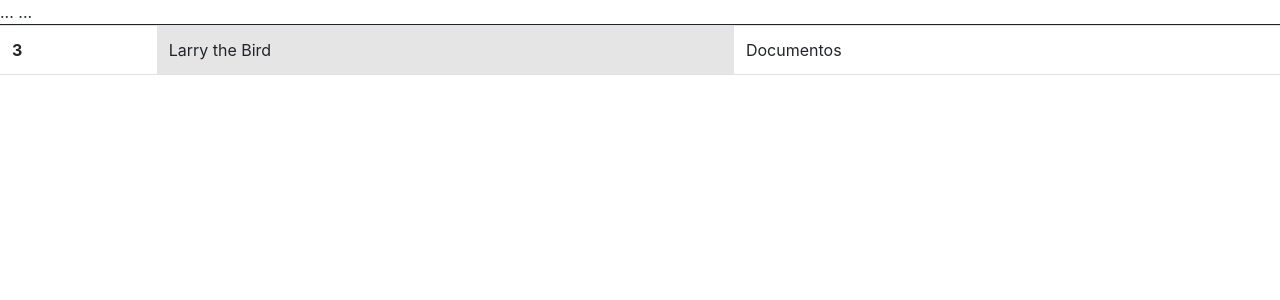
Repository: Leandromarim/INTRANET_PARTICULAR
Page: pop.html
These files come from the project's save history. The page is drawn as it stood at one moment and after the next save; the edit follows.
The browser window is 1280 px wide. The pictures show the whole page.

Above is the page before, as saved 2021-12-14 08:52:05.

### pop.html
<!DOCTYPE html>
<html lang="pt-br">

<head>
    <meta charset="UTF-8">
    <meta http-equiv="X-UA-Compatible" content="IE=edge" />
    <meta name="viewport" content="width=device-width, initial-scale=1.0" />
    <link rel="stylesheet" href="./assets/css/bootstrap-grid.css" />
    <link rel="stylesheet" href="./assets/css/bootstrap-grid.min.css" />
    <link rel="stylesheet" href="./assets/css/bootstrap.css" />
    <link rel="stylesheet" href="./assets/css/bootstrap.css" />
    <link rel="stylesheet" href="./assets/css/carousel.css" />
    <link rel="stylesheet" href="./assets/css/body.css" />
    <link rel="stylesheet" href="https://stackpath.bootstrapcdn.com/bootstrap/4.1.3/css/bootstrap.min.css" integrity="sha384-MCw98/SFnGE8fJT3GXwEOngsV7Zt27NXFoaoApmYm81iuXoPkFOJwJ8ERdknLPMO" crossorigin="anonymous">
    <link rel="icon" href="./image/ico/ico_ha.ico" />
    <title>Intranet 2.0</title>
</head>

<body>
    <main>


<table class="table table">
  <thead>

  </thead>
  <tbody>
    <tr class="table-active">
      ...
    </tr>
    <tr>
      ...
    </tr>
    <tr>
      <th scope="row">3</th>
      <td colspan="2" class="table-active">Larry the Bird</td>
      <td>Documentos</td>
    </tr>
  </tbody>
</table>

</main>
</body>
</html>

### assets/css/carousel.css
div.carousel {
    display: flex;
    position: relative;
    margin: auto;
    top: 60px;
    width: 64rem;
    padding-top: 15px;
    align-items: center;
    align-content: center;
    justify-content: center;
    justify-items: center;
}

.carousel-item {
    width: 100%;
}

.carousel img {
    border-radius: 20px 0 20px 0;
    border: 2px solid #525486;
}

.carousel-control-prev-icon {
    position: relative;
    display: flex;
    padding: 0.7rem;
    right: 40px;
    background-color: #525486;
    color: #525486;
    border: 2px solid #525486;
    outline: black;
    height: 100px;
    width: 100px;
    background-size: 100%, 100%;
    border-radius: 50%;
    border: 6px solid #525486;
}

.carousel-control-prev-icon:hover {
    background-color: #525486;
}

.carousel-control-next-icon {
    position: relative;
    display: flex;
    padding: 0.7rem;
    left: 40px;
    background-color: #525486;
    color: #525486;
    border: 2px solid #525486;
    outline: black;
    height: 100px;
    width: 100px;
    background-size: 100%, 100%;
    border-radius: 50%;
    border: 6px solid #525486;
}

.carousel-control-next-icon:hover {
    background-color: #525486;
}

div.carousel-indicators button.icon-slide {
    display: flex;
    position: relative;
    color: #525486;
    padding: 0.4rem;
    background-color: #525486;
    top: 20px;
    border-radius: 100%;
    width: 0.5px;
    height: 0.5px;
}

.carousel h5,
.carousel p {
    color: #525486af;
}

Loaded but not shown: assets/css/bootstrap-grid.css (library); assets/css/bootstrap-grid.min.css (library); assets/css/bootstrap.css (library); assets/css/body.css (no copy from this time; the picture is the same without it)

After the next save:
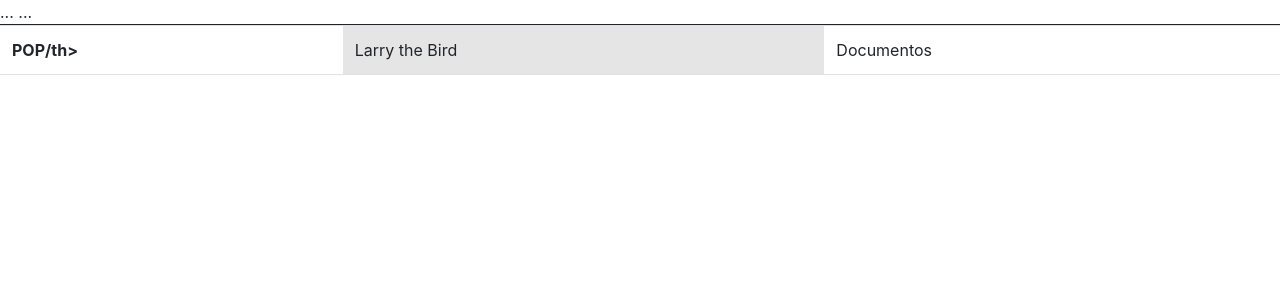
Saved 2 min 6 s later.
--- a/pop.html
+++ b/pop.html
@@ -20,7 +20,7 @@
     <main>
 
 
-<table class="table table">
+<table class="table table-">
   <thead>
 
   </thead>
@@ -32,7 +32,7 @@
       ...
     </tr>
     <tr>
-      <th scope="row">3</th>
+      <th scope="row">POP/th>
       <td colspan="2" class="table-active">Larry the Bird</td>
       <td>Documentos</td>
     </tr>
